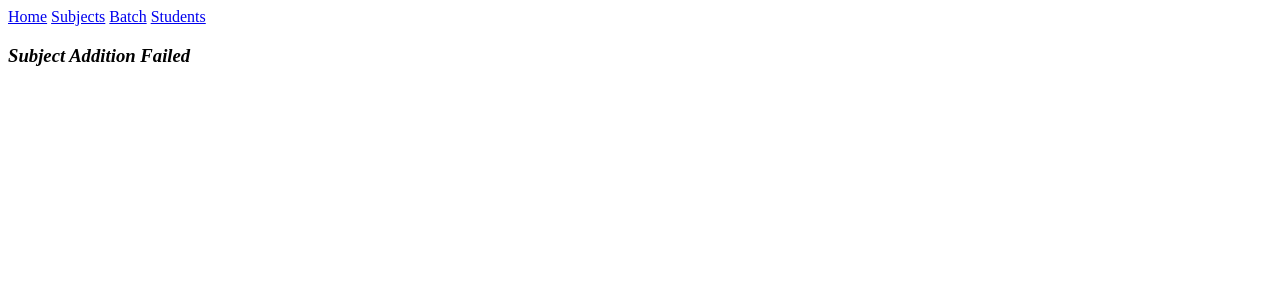
Repository: shubhamsingh331/Learners_Academy
Page: http://localhost/LearnersAcademy/Subjects/AddFailed.jsp
An editor plug-in stored every save of this project. The page is shown before and after the next save, followed by the edit.
The browser window is 1280 px wide. The pictures show the whole page.
The page is served by Tomcat 9. Other server files are loaded and not shown. Queries for data that is not in the repository find no rows.

Above is the page before, as saved 2023-10-08 09:59:58.

### LearnersAcademy/src/main/webapp/Subjects/AddFailed.jsp
<%@ page language="java" contentType="text/html; charset=ISO-8859-1"
    pageEncoding="ISO-8859-1"%>
<!DOCTYPE html>
<html>
<head>
<meta charset="ISO-8859-1">
<title>Insert title here</title>
</head>
<body>
<div class="topnav">
  <a class="active" href="#home">Home</a>
  <a href="Subject.jsp">Subjects</a>
  <a href="#contact">Batch</a>
  <a href="#about">Students</a>
</div>
<h3><i>Subject Addition Failed</i></h3>

</body>
</html>

### LearnersAcademy/src/main/webapp/Subjects/Subdisplay.jsp
<%@page import="subjects.SubjectsDAO"%>
<%@page import="subjects.SubjectsPojo" %>
<%@page import="java.util.*" %>
<%@ page language="java" contentType="text/html; charset=ISO-8859-1"
    pageEncoding="ISO-8859-1"%>
<!DOCTYPE html>
<html>
<head>
<meta charset="ISO-8859-1">
<title>Insert title here</title>
</head>
<body>
<h3><i>Subject Details</i></h3>
<table border="1">
<tr><th>Id</th><th>Subjects Name</th><th>Edit</th><th>Delete</th></tr>
<%
SubjectsDAO dao = new SubjectsDAO();
List<SubjectsPojo> list = dao.display();
for(SubjectsPojo s:list){%>
	<tr><td><%=s.getSubid() %></td><td><%=s.getSubname()%></td><td><a href=SubEdit.jsp?id=<%=s.getSubid()%>>Edit</a></td><td><a href=SubDelete.jsp?id=<%=s.getSubid()%>>Delete</a></td></tr>
	<%} %>
</table>
</body>
</html>

### LearnersAcademy/src/main/java/teachers/SubjectsDAO.java
package subjects;

import java.sql.Connection;
import java.sql.PreparedStatement;
import java.sql.ResultSet;
import java.sql.SQLException;
import java.util.ArrayList;
import java.util.List;

import DBUtil.DbUtil;

public class SubjectsDAO {
	public int insert(SubjectsPojo subject) throws ClassNotFoundException, SQLException {
		Connection con = DbUtil.dbcon();
		String sql = "insert into subjects values(?,?)";
		PreparedStatement ps = con.prepareStatement(sql);
		ps.setInt(1, subject.getSubid());
		ps.setString(2, subject.getSubname());
		return ps.executeUpdate();
	}

	public List<SubjectsPojo> display() throws ClassNotFoundException, SQLException{
		Connection con = DbUtil.dbcon();

		List<SubjectsPojo> list = new ArrayList<SubjectsPojo>();
		String sql = "select * from subjects";
		PreparedStatement ps = con.prepareStatement(sql);
		ResultSet rs = ps.executeQuery();
		while(rs.next()) {
			SubjectsPojo subject = new SubjectsPojo();
			subject.setSubid(rs.getInt(1));
			subject.setSubname(rs.getString(2));
			list.add(subject);

		}
		return list;
	}

}

### LearnersAcademy/src/main/java/DBUtil/DbUtil.java
package DBUtil;

import java.sql.Connection;
import java.sql.DriverManager;
import java.sql.SQLException;

public class DbUtil {
	public static final String DRIVER_CLASS="com.mysql.jdbc.Driver";
	public static final String DB_URL="jdbc:mysql://localhost:3306/StudentManagement";
	public static final String USERNAME = "root";
	public static final String PASSWORD = "123456";
	public static Connection dbcon() throws ClassNotFoundException, SQLException {
		Class.forName(DRIVER_CLASS);

		Connection con = DriverManager.getConnection(DB_URL, USERNAME, PASSWORD);

		return con;

}

}

After the next save:
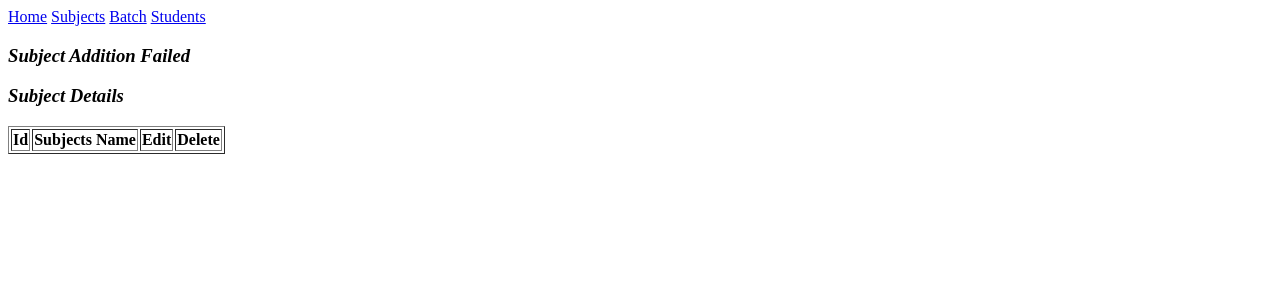
Saved 74 s later.
--- a/LearnersAcademy/src/main/webapp/Subjects/AddFailed.jsp
+++ b/LearnersAcademy/src/main/webapp/Subjects/AddFailed.jsp
@@ -14,6 +14,6 @@
   <a href="#about">Students</a>
 </div>
 <h3><i>Subject Addition Failed</i></h3>
-
+<%@include file="Subdisplay.jsp" %>
 </body>
 </html>
